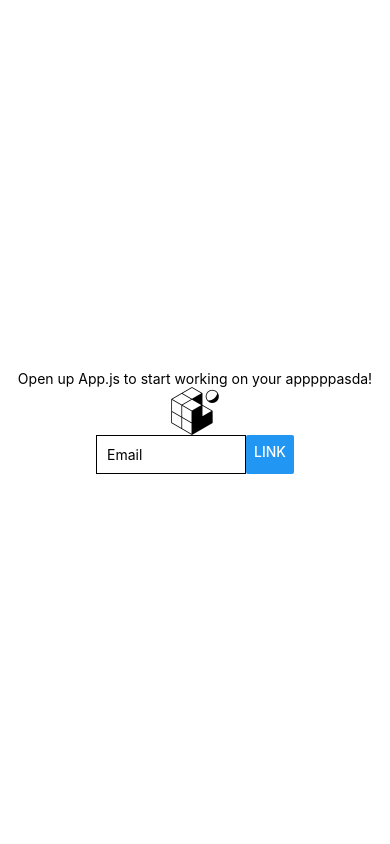
Repository: ntu34543/ReactNativeAndroid
Screen: /
An editor plug-in stored every save of this project. The screen is shown before and after the next save, followed by the edit.
The app was drawn by React Native's web renderer in a window 390 px wide. The project was rebuilt for these pictures with package versions that can differ from the ones it lists, and the page was loaded fresh each time.

Above is the screen before, as saved 2022-09-23 16:35:37.

After the next save:
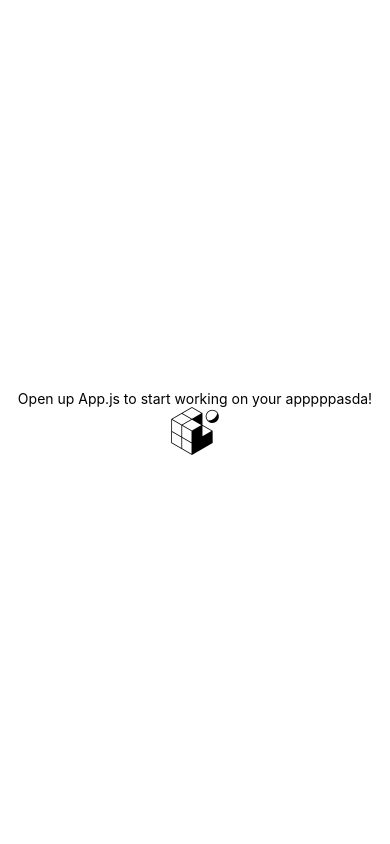
Saved 10 s later.
--- a/App.js
+++ b/App.js
@@ -7,8 +7,6 @@ export default function App() {
       <Text>Open up App.js to start working on your apppppasda!</Text>
       <Image source={require("./assets/favicon.png")} />
       <View style={styles.body}>
-        <TextInput style={styles.TextInput} placeholder="Email" />
-        <Button title="Link" />
         {/* <View>
           <TextInput style={styles.TextInput} placeholder="Email" />
           <Button title="Link" />
